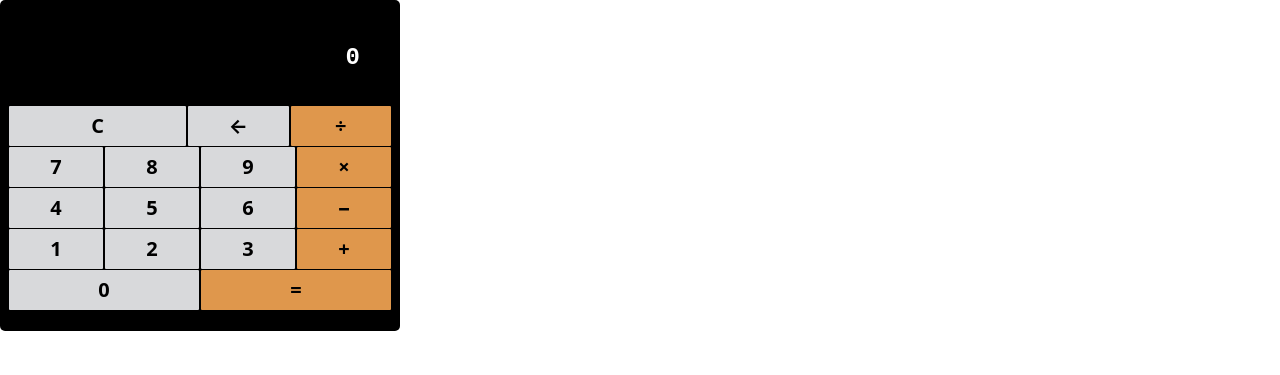
Repository: jgramirez0210/LAB-calculator
Page: index.html
An editor plug-in stored every save of this project. The page is shown before and after the next save, followed by the edit.
The browser window is 1280 px wide. The pictures show the whole page.

Above is the page before, as saved 2023-10-10 21:26:37.

After the next save:
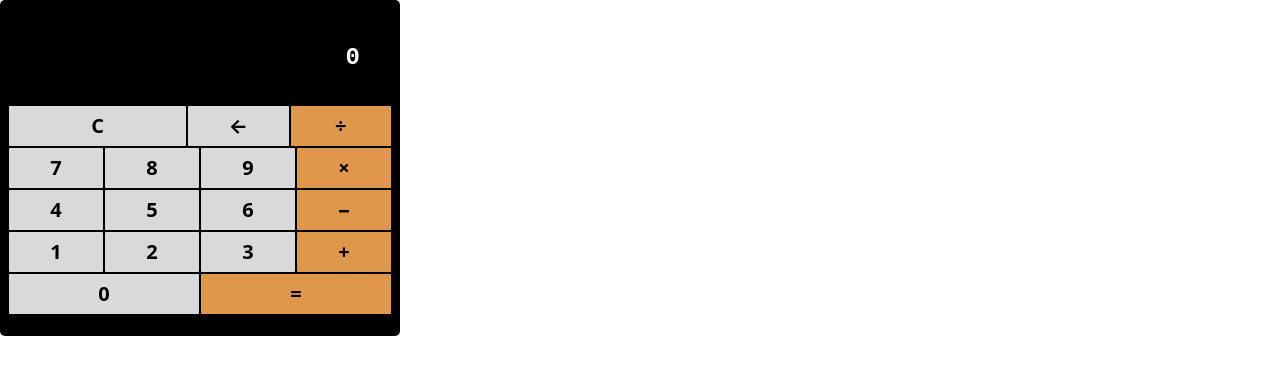
Saved 10 s later.
--- a/main.css
+++ b/main.css
@@ -25,7 +25,7 @@
 .row {
   display: flex;
   justify-content: space-between;
-  margin-bottom: 1px;
+  margin-bottom: 2px;
 }
 
 button {
